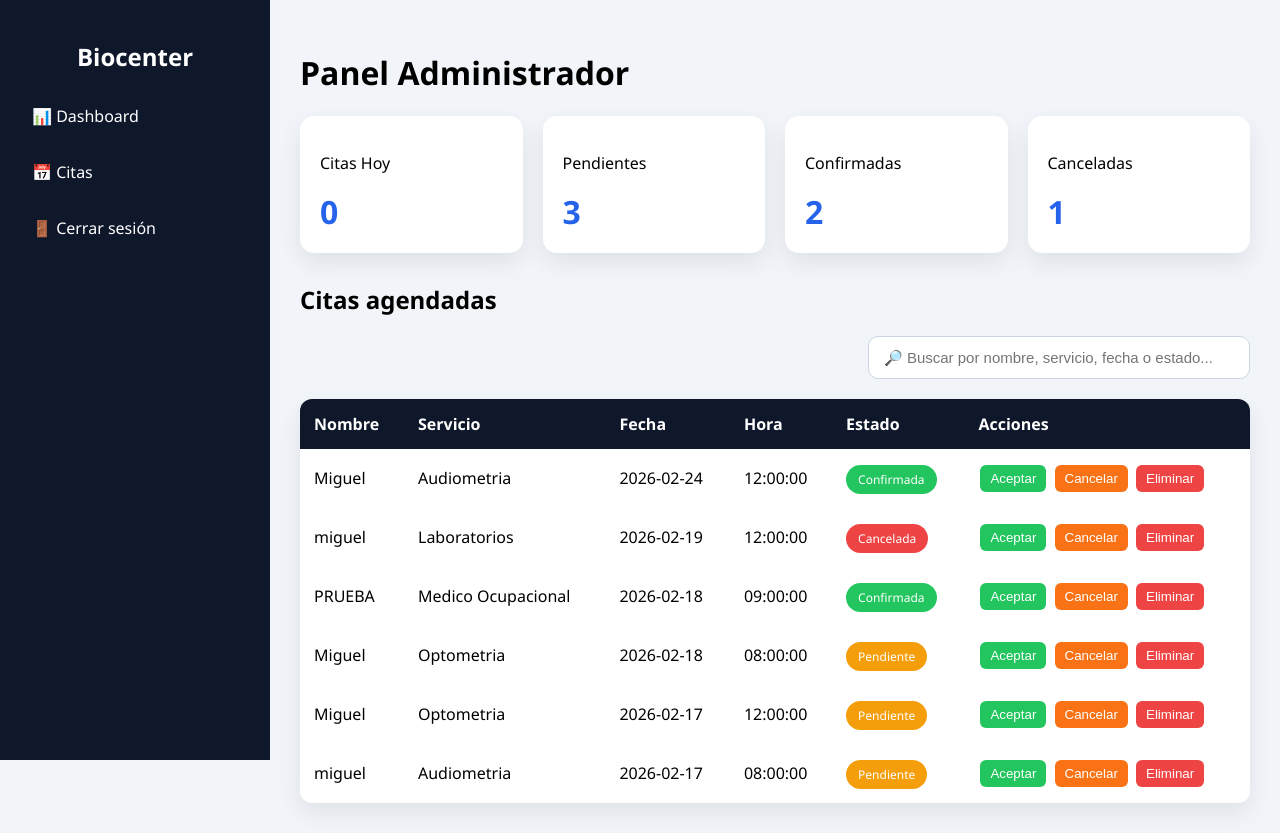
Repository: Miguelperdomo/Biocenter
Page: http://localhost/public_html/PHP/panel.php
An editor plug-in stored every save of this project. The page is shown before and after the next save, followed by the edit.
The browser window is 1280 px wide. The pictures show the whole page.
The page is run by PHP 8.4 with error messages shown; the project is at /var/www/html/. The session is filled in as if someone had signed in: {"admin": {"id": 1, "usuario": "admin", "email": "perdomomiguel2004@gmail.com"}}. Other server files are loaded and not shown. The database holds what the project's SQL file puts in it.

Above is the page before, as saved 2026-02-18 10:02:15.

### PHP/panel.php
<?php
session_start();
require "../conection/conexion.php";

if(!isset($_SESSION['admin'])){
    header("Location: ../login.php");
    exit();
}

/* CONTADORES */
$hoy = date("Y-m-d");

$citasHoy = $conn->query("SELECT COUNT(*) total FROM citas WHERE fecha='$hoy'")->fetch_assoc()['total'];
$pendientes = $conn->query("SELECT COUNT(*) total FROM citas WHERE estado='Pendiente'")->fetch_assoc()['total'];
$confirmadas = $conn->query("SELECT COUNT(*) total FROM citas WHERE estado='Confirmada'")->fetch_assoc()['total'];
$canceladas = $conn->query("SELECT COUNT(*) total FROM citas WHERE estado='Cancelada'")->fetch_assoc()['total'];

$citas = $conn->query("SELECT * FROM citas ORDER BY fecha DESC, hora DESC");
?>

<!DOCTYPE html>
<html lang="es">
<head>
<meta charset="UTF-8">
<meta name="viewport" content="width=device-width, initial-scale=1.0">
<title>Panel Administrador</title>

<style>

/* ===== GENERAL ===== */
body{
    margin:0;
    font-family:'Segoe UI';
    display:flex;
    background:#f1f5f9;
}

/* ===== SIDEBAR ===== */
.sidebar{
    width:230px;
    background:#0f172a;
    height:100vh;
    color:white;
    padding:20px;
}

.sidebar h2{text-align:center;}

.sidebar a{
    display:block;
    color:white;
    text-decoration:none;
    padding:12px;
    margin:10px 0;
    border-radius:8px;
    transition:.3s;
}

.sidebar a:hover{background:#2563eb;}

/* ===== CONTENIDO ===== */
.main{flex:1;padding:30px;}

.cards{
    display:grid;
    grid-template-columns:repeat(auto-fit,minmax(200px,1fr));
    gap:20px;
    margin-bottom:30px;
}

.card{
    background:white;
    padding:20px;
    border-radius:14px;
    box-shadow:0 10px 25px rgba(0,0,0,.08);
}

.card h3{margin:0;font-size:32px;color:#2563eb;}

/* ===== TABLA ===== */
table{
    width:100%;
    border-collapse:collapse;
    background:white;
    border-radius:12px;
    overflow:hidden;
    box-shadow:0 10px 25px rgba(0,0,0,.08);
}

th,td{padding:14px;text-align:left;}
th{background:#0f172a;color:white;}

.estado{
    padding:6px 12px;
    border-radius:20px;
    color:white;
    font-size:12px;
}
.pendiente{background:#f59e0b;}
.confirmada{background:#22c55e;}
.cancelada{background:#ef4444;}

.btn{
    padding:6px 10px;
    border:none;
    border-radius:6px;
    color:white;
    cursor:pointer;
    margin:2px;
}
.accept{background:#22c55e;}
.cancel{background:#f97316;}
.delete{background:#ef4444;}

/* ===== MODAL PREMIUM ===== */
.modal{
    display:none;
    position:fixed;
    inset:0;
    background:rgba(15,23,42,.7);
    backdrop-filter:blur(6px);
    justify-content:center;
    align-items:center;
}

.modal-content{
    background:white;
    border-radius:18px;
    padding:35px;
    width:90%;
    max-width:420px;
    text-align:center;
    box-shadow:0 20px 50px rgba(0,0,0,.25);
}

.modal-icon{font-size:50px;margin-bottom:15px;}

.modal-actions{
    display:flex;
    gap:15px;
    margin-top:20px;
}

.modal-actions button{
    flex:1;
    padding:12px;
    border:none;
    border-radius:10px;
    font-weight:600;
    cursor:pointer;
}

.btn-primary{background:#2563eb;color:white;}
.btn-secondary{background:#e2e8f0;color:#334155;}

/* BUSCADOR PROFESIONAL */

.search-box{
    margin-bottom:20px;
    display:flex;
    justify-content:flex-end;
}

.search-box input{
    width:350px;
    max-width:100%;
    padding:12px 15px;
    border-radius:10px;
    border:1px solid #cbd5e1;
    font-size:15px;
    transition:.3s;
}

.search-box input:focus{
    outline:none;
    border-color:#2563eb;
    box-shadow:0 0 8px rgba(37,99,235,.3);
}


</style>
</head>

<body>

<div class="sidebar">
<h2>Biocenter</h2>
<a href="#">📊 Dashboard</a>
<a href="#">📅 Citas</a>
<a href="logout.php">🚪 Cerrar sesión</a>
</div>

<div class="main">

<h1>Panel Administrador</h1>

<div class="cards">
<div class="card"><p>Citas Hoy</p><h3><?=$citasHoy?></h3></div>
<div class="card"><p>Pendientes</p><h3><?=$pendientes?></h3></div>
<div class="card"><p>Confirmadas</p><h3><?=$confirmadas?></h3></div>
<div class="card"><p>Canceladas</p><h3><?=$canceladas?></h3></div>
</div>

<h2>Citas agendadas</h2>

<div class="search-box">
    <input type="text" id="buscarCita" placeholder="🔎 Buscar por nombre, servicio, fecha o estado...">
</div>

<table>
<tr>
<th>Nombre</th>
<th>Servicio</th>
<th>Fecha</th>
<th>Hora</th>
<th>Estado</th>
<th>Acciones</th>
</tr>

<?php while($row=$citas->fetch_assoc()): ?>

<tr>
<td><?=$row['nombre_completo']?></td>
<td><?=$row['tipo_servicio']?></td>
<td><?=$row['fecha']?></td>
<td><?=$row['hora']?></td>

<td>
<span class="estado
<?= $row['estado']=="Pendiente"?"pendiente":($row['estado']=="Confirmada"?"confirmada":"cancelada") ?>">
<?=$row['estado']?>
</span>
</td>

<td>
<button class="btn accept" onclick="confirmar(<?=$row['id']?>,'confirmar')">Aceptar</button>
<button class="btn cancel" onclick="confirmar(<?=$row['id']?>,'cancelar')">Cancelar</button>
<button class="btn delete" onclick="confirmar(<?=$row['id']?>,'eliminar')">Eliminar</button>
</td>
</tr>

<?php endwhile; ?>
</table>

</div>

<!-- MODAL CONFIRM -->
<div id="modalConfirm" class="modal">
<div class="modal-content">
<div class="modal-icon" id="icono">⚠️</div>
<h2 id="titulo"></h2>
<p id="texto"></p>
<div class="modal-actions">
<button class="btn-primary" onclick="ejecutar()">Confirmar</button>
<button class="btn-secondary" onclick="cerrar()">Cancelar</button>
</div>
</div>
</div>

<form id="formAccion" method="POST" action="accion_cita.php">
<input type="hidden" name="id" id="idCita">
<input type="hidden" name="accion" id="accionCita">
</form>

<script>

let idActual="";
let accionActual="";

function confirmar(id,accion){

idActual=id;
accionActual=accion;

document.getElementById("modalConfirm").style.display="flex";

if(accion=="confirmar"){
icono.innerHTML="🟢";
titulo.innerText="Confirmar Cita";
texto.innerText="¿Deseas confirmar esta cita médica?";
}

if(accion=="cancelar"){
icono.innerHTML="🟠";
titulo.innerText="Cancelar Cita";
texto.innerText="¿Deseas cancelar esta cita?";
}

if(accion=="eliminar"){
icono.innerHTML="🔴";
titulo.innerText="Eliminar Cita";
texto.innerText="Esta acción no se puede deshacer.";
}
}

function cerrar(){
document.getElementById("modalConfirm").style.display="none";
}

function ejecutar(){
document.getElementById("idCita").value=idActual;
document.getElementById("accionCita").value=accionActual;
document.getElementById("formAccion").submit();
}

</script>

<script>

const buscador = document.getElementById("buscarCita");

buscador.addEventListener("keyup", function(){

    let filtro = buscador.value.toLowerCase();
    let filas = document.querySelectorAll("table tr");

    filas.forEach((fila, index) => {

        if(index === 0) return; // saltar encabezado

        let texto = fila.textContent.toLowerCase();

        if(texto.includes(filtro)){
            fila.style.display = "";
        }else{
            fila.style.display = "none";
        }

    });

});

</script>


</body>
</html>

### conection/conexion.php
<?php
$host="localhost";
$user="root";
$pass="";
$db="biocenter";

$conn=new mysqli($host,$user,$pass,$db);

if($conn->connect_error){
    die("Error de conexión");
}
?>

### biocenter (2).sql (the tables this page reads)
CREATE TABLE `citas` (
  `id` int(11) NOT NULL,
  `nombre_completo` varchar(150) NOT NULL,
  `email` varchar(120) NOT NULL,
  `telefono` varchar(20) NOT NULL,
  `tipo_servicio` enum('Medico Ocupacional','Optometria','Audiometria','Laboratorios') NOT NULL,
  `tipo_usuario` enum('Persona Natural','Empresa') NOT NULL,
  `fecha` date NOT NULL,
  `hora` time NOT NULL,
  `estado` enum('Pendiente','Confirmada','Cancelada') DEFAULT 'Pendiente',
  `fecha_registro` timestamp NOT NULL DEFAULT current_timestamp(),
  `observaciones` text DEFAULT NULL
) ENGINE=InnoDB DEFAULT CHARSET=utf8mb4 COLLATE=utf8mb4_general_ci;

INSERT INTO `citas` (`id`, `nombre_completo`, `email`, `telefono`, `tipo_servicio`, `tipo_usuario`, `fecha`, `hora`, `estado`, `fecha_registro`, `observaciones`) VALUES
(1, 'Miguel', 'sistemas@gamil.com', '3160539301', 'Optometria', 'Persona Natural', '2026-02-18', '08:00:00', 'Pendiente', '2026-02-17 17:58:15', 'Pruebaaa'),
(2, 'PRUEBA', 'thebugscompile@gmail.com', '3133854821', 'Medico Ocupacional', 'Empresa', '2026-02-18', '09:00:00', 'Confirmada', '2026-02-17 18:01:56', 'Purba'),
(3, 'miguel', 'biocentersaludocupacional@gmail.com', '3123591195', 'Laboratorios', 'Empresa', '2026-02-19', '12:00:00', 'Cancelada', '2026-02-17 18:03:08', 'sdfafaswdfasdf'),
(4, 'Miguel', 'thebugscompile@gmail.com', '3160539301', 'Optometria', 'Empresa', '2026-02-17', '12:00:00', 'Pendiente', '2026-02-17 18:10:38', 'sdds'),
(5, 'miguel', 'biocentersaludocupacional@gmail.com', '3133854821', 'Audiometria', 'Empresa', '2026-02-17', '08:00:00', 'Pendiente', '2026-02-17 18:13:50', 'VJF'),
(6, 'Miguel', 'thebugscompile@gmail.com', '3133854821', 'Audiometria', 'Empresa', '2026-02-24', '12:00:00', 'Confirmada', '2026-02-17 18:19:38', 'prueba');

ALTER TABLE `citas`
  ADD PRIMARY KEY (`id`);

ALTER TABLE `citas`
  MODIFY `id` int(11) NOT NULL AUTO_INCREMENT, AUTO_INCREMENT=8;

After the next save:
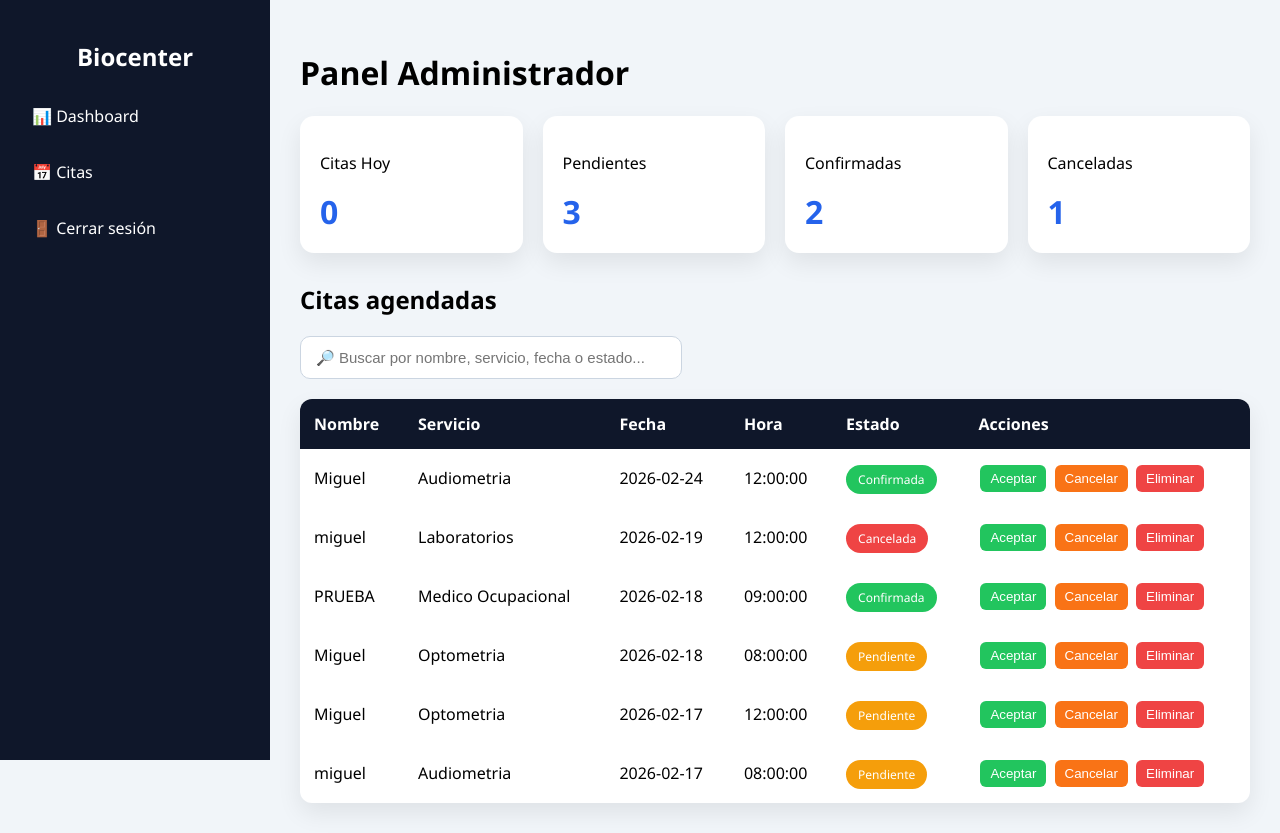
Saved 94 s later.
--- a/PHP/panel.php
+++ b/PHP/panel.php
@@ -155,10 +155,12 @@ th{background:#0f172a;color:white;}
 
 /* BUSCADOR PROFESIONAL */
 
+/* BUSCADOR PROFESIONAL IZQUIERDA */
+
 .search-box{
     margin-bottom:20px;
     display:flex;
-    justify-content:flex-end;
+    justify-content:flex-start; /* 👈 CAMBIO CLAVE */
 }
 
 .search-box input{
@@ -169,12 +171,13 @@ th{background:#0f172a;color:white;}
     border:1px solid #cbd5e1;
     font-size:15px;
     transition:.3s;
+    background:#fff;
 }
 
 .search-box input:focus{
     outline:none;
     border-color:#2563eb;
-    box-shadow:0 0 8px rgba(37,99,235,.3);
+    box-shadow:0 0 8px rgba(37,99,235,.25);
 }
 
 
